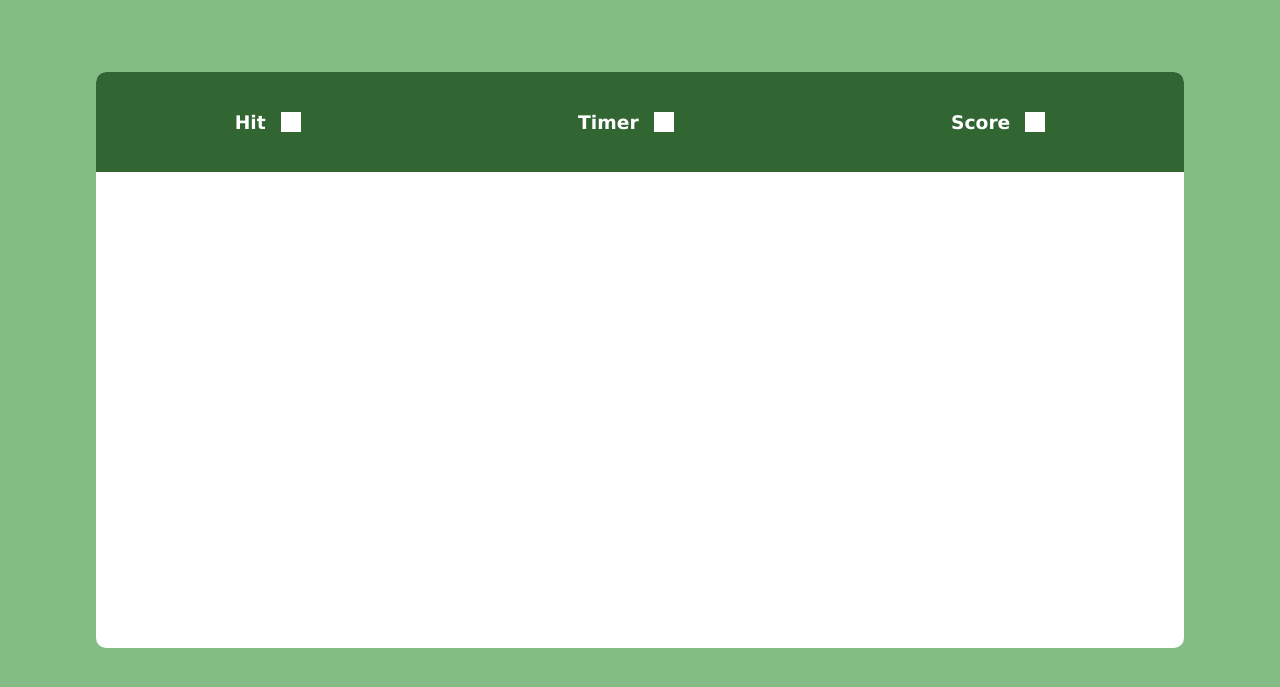
Repository: ketansharma22/BubbleGame
Page: index.html
These files come from the project's save history. The page is drawn as it stood at one moment and after the next save; the edit follows.
The browser window is 1280 px wide. The pictures show the whole page.

Above is the page before, as saved 2024-02-18 23:05:04.

### index.html
<!DOCTYPE html>
<html lang="en">
<head>
    <meta charset="UTF-8">
    <meta name="viewport" content="width=device-width, initial-scale=1.0">
    <title>BubbleGame</title>
    <link rel="stylesheet" href="styles.css">
</head>
<body>
    <div class="main">
        <div class="show">
            <div class="upper">
                <div class="hit" id="sameee">
                    <h3>Hit</h3>
                    <div class="box"></div>
                </div>
                <div class="timer" id="sameee">
                    <h3>Timer</h3>
                    <div class="box"></div>
                </div>
                <div class="score" id="sameee">
                    <h3>Score</h3>
                    <div class="box"></div>
                </div>
            </div>
        </div>
    </div>
</body>
</html>

### styles.css
*{
    margin: 0;
    padding: 0;
    box-sizing: border-box;
    font-family:'Lucida Sans', 'Lucida Sans Regular', 'Lucida Grande', 'Lucida Sans Unicode', Geneva, Verdana, sans-serif
}
html,body{
    width: 100%;
    height: 100%;
}
.main{
    display: flex;
    justify-content: center;
    align-items: center;
    width: 100%;
    height: 100%;
    background-color: rgb(132, 189, 132);
}
.show{
    width: 85%;
    height: 80%;
    background-color: #fff;
    border-radius: 10px;
    overflow: hidden;
}
.upper{
    width: 100%;
    height: 100px;
    background-color:rgb(49, 102, 51);
    color: white;
    display: flex;
    align-items: center;
    justify-content: space-around;
}
.box{
    width: 20px;
    background-color: white;
    height: 20px;
}
#sameee{
    display: flex;
    gap: 15px;
}

After the next save:
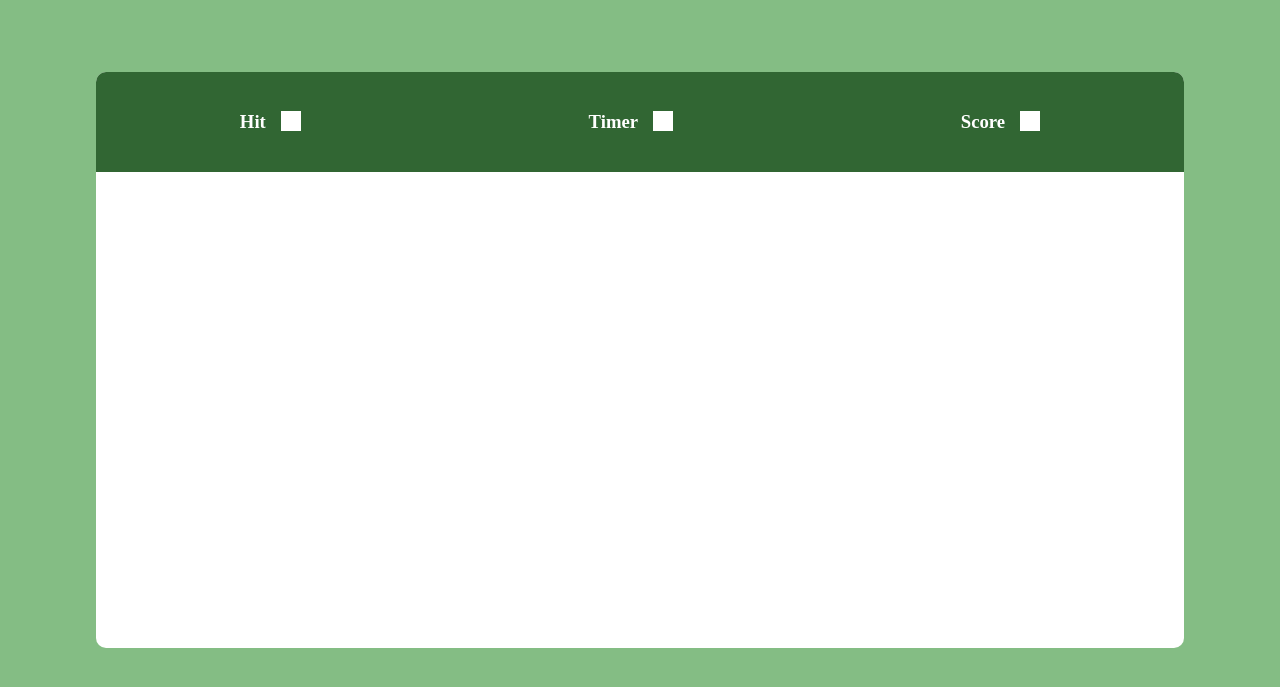
Saved 4 s later.
--- a/styles.css
+++ b/styles.css
@@ -2,7 +2,7 @@
     margin: 0;
     padding: 0;
     box-sizing: border-box;
-    font-family:'Lucida Sans', 'Lucida Sans Regular', 'Lucida Grande', 'Lucida Sans Unicode', Geneva, Verdana, sans-serif
+    font-family:
 }
 html,body{
     width: 100%;

After the save that followed:
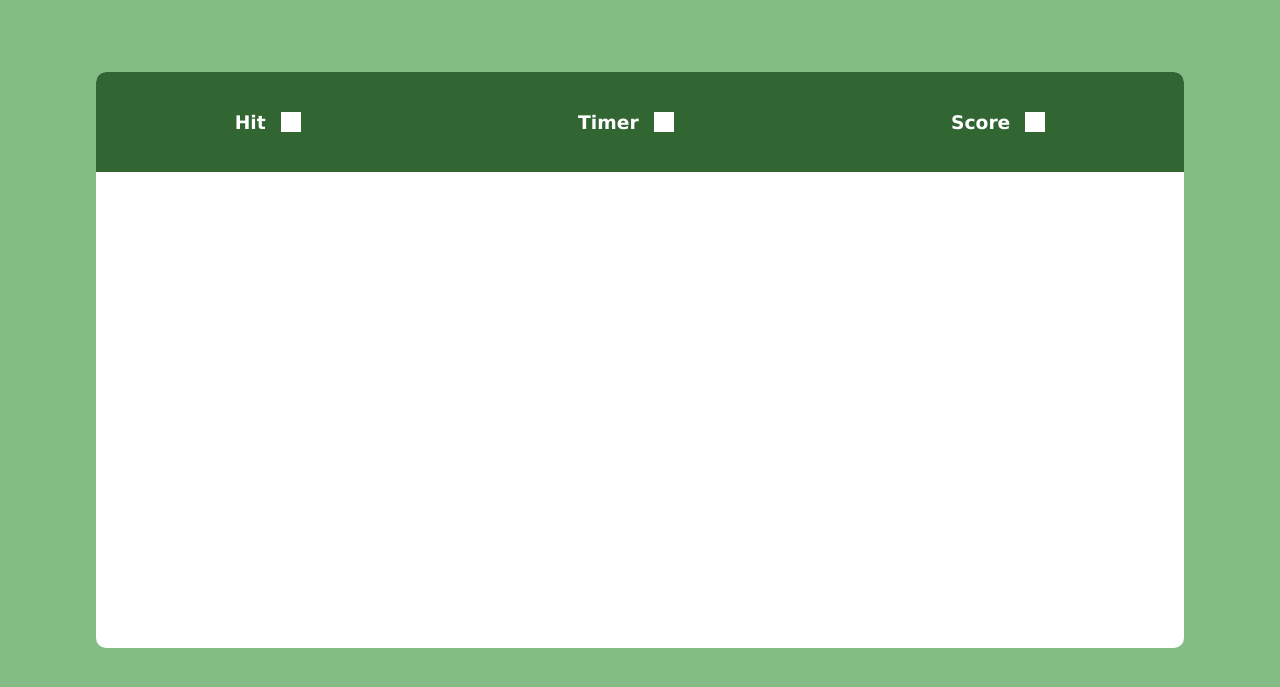
Saved 6 s later.
--- a/styles.css
+++ b/styles.css
@@ -2,7 +2,7 @@
     margin: 0;
     padding: 0;
     box-sizing: border-box;
-    font-family:
+    font-family:Verdana, Geneva, Tahoma, sans-serif
 }
 html,body{
     width: 100%;
